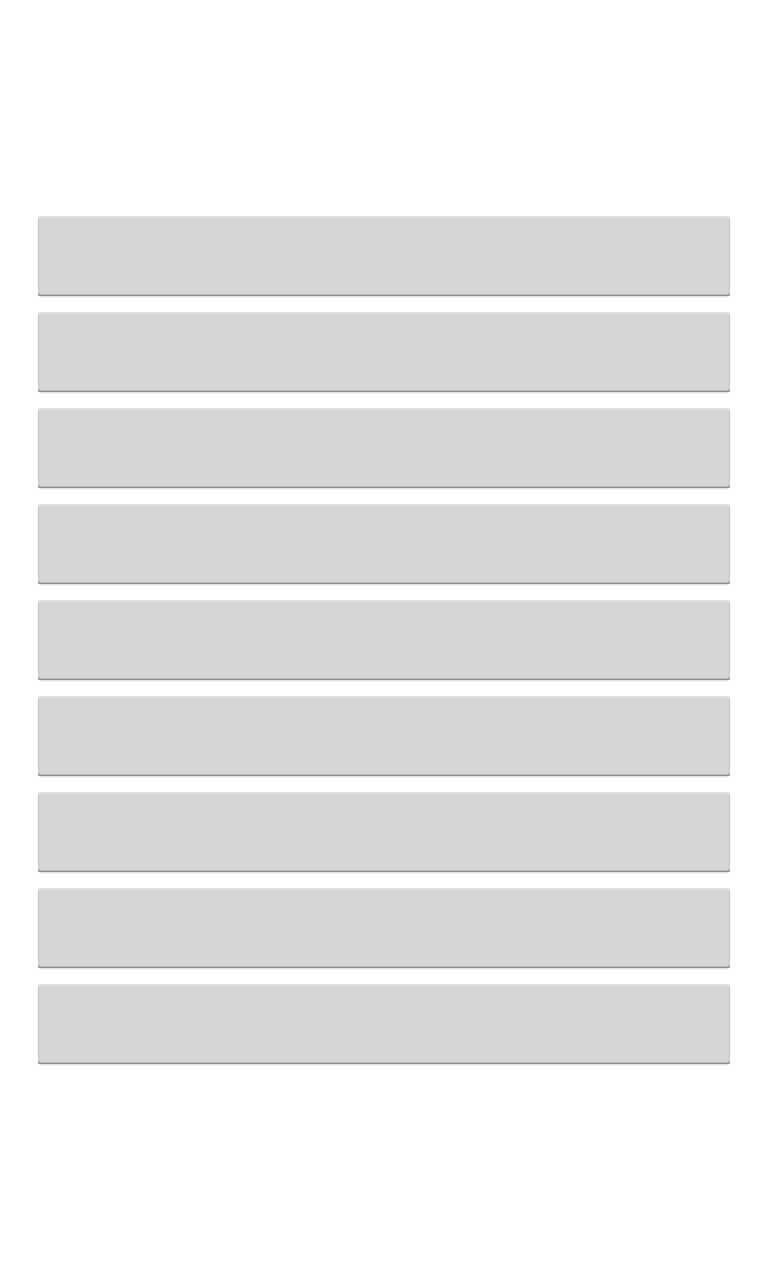
Repository: thiagopsilva/Android-book
Layout: Audio/res/layout/activity_audio.xml
An editor plug-in stored every save of this project. The layout is shown before and after the next save, followed by the edit.
It is drawn on a 768 x 1280 px phone screen (xhdpi) without system bars, with theme AppTheme; the app's code is not run.

Above is the layout before, as saved 2012-12-13 16:42:55.

After the next save:
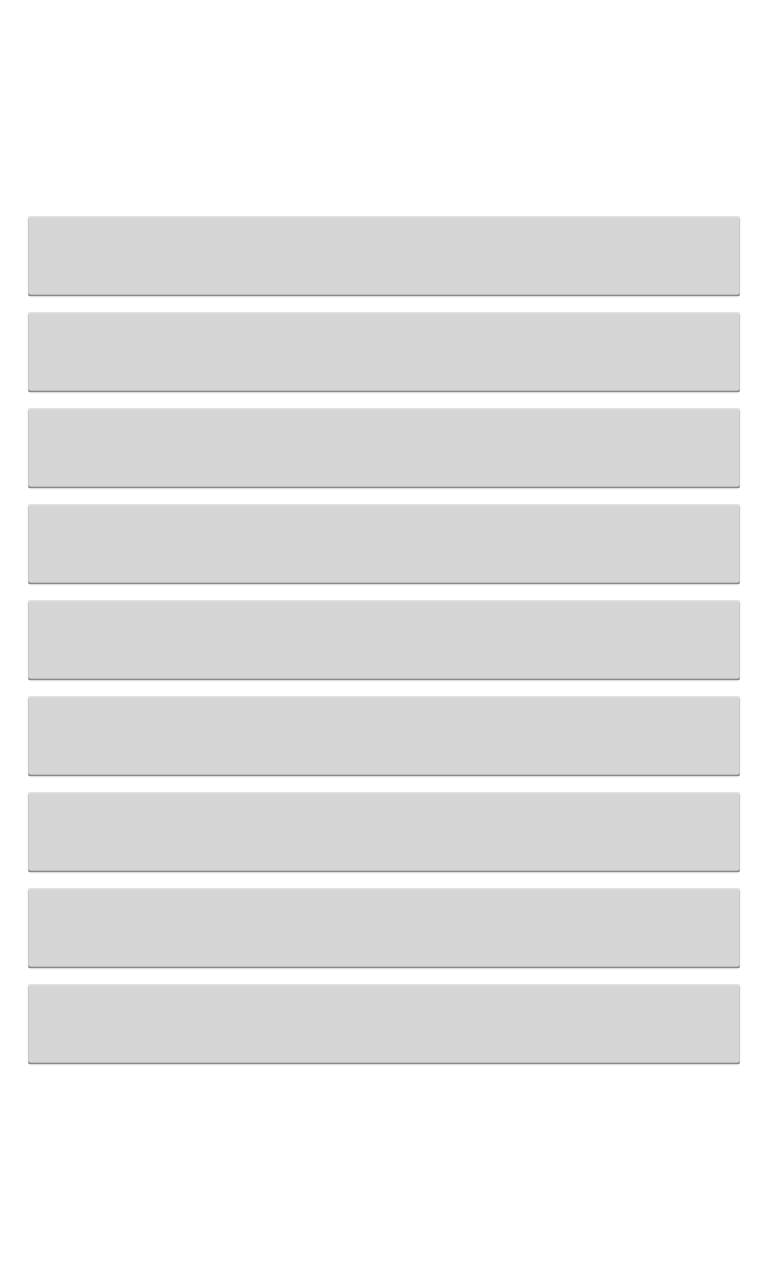
Saved 40 s later.
--- a/Audio/res/layout/activity_audio.xml
+++ b/Audio/res/layout/activity_audio.xml
@@ -4,7 +4,7 @@
     android:gravity="center"
     android:layout_width="fill_parent"
     android:layout_height="fill_parent"
-    android:padding="15dip"
+    android:padding="10dip"
     tools:context=".Audio" >
 
     	<Button
